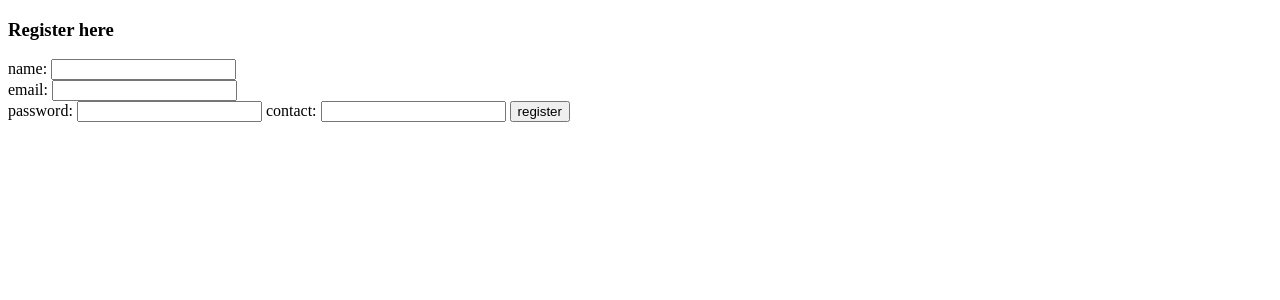
Repository: deepak-bisen/Spring
Page: MVCDesign/src/main/webapp/register.html
These files come from the project's save history. The page is drawn as it stood at one moment and after the next save; the edit follows.
The browser window is 1280 px wide. The pictures show the whole page.

Above is the page before, as saved 2025-06-30 19:20:27.

### MVCDesign/src/main/webapp/register.html
<!DOCTYPE html>
<html>
<head>
<meta charset="UTF-8">
<title>Insert title here</title>
</head>
<body>
<h3>Register here</h3>
<form action="regForm" method ="post">
name: <input type="text" name ="name1"/><br>
email: <input type="text" name ="email1"/> <br>
password: <input type="text" name ="password1"/>
contact: <input type="text" name ="contact1"/>
<input type="submit" value="register"/>
</form>
</body>
</html>

After the next save:
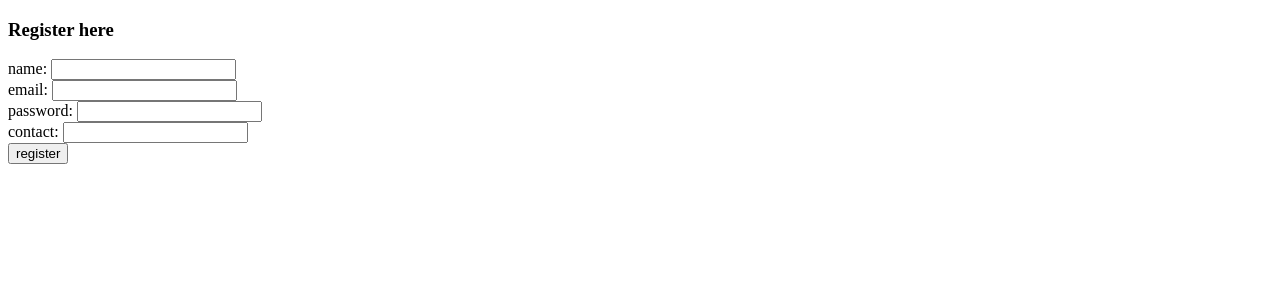
Saved 10 s later.
--- a/MVCDesign/src/main/webapp/register.html
+++ b/MVCDesign/src/main/webapp/register.html
@@ -9,8 +9,8 @@
 <form action="regForm" method ="post">
 name: <input type="text" name ="name1"/><br>
 email: <input type="text" name ="email1"/> <br>
-password: <input type="text" name ="password1"/>
-contact: <input type="text" name ="contact1"/>
+password: <input type="text" name ="password1"/><br>
+contact: <input type="text" name ="contact1"/><br>
 <input type="submit" value="register"/>
 </form>
 </body>
